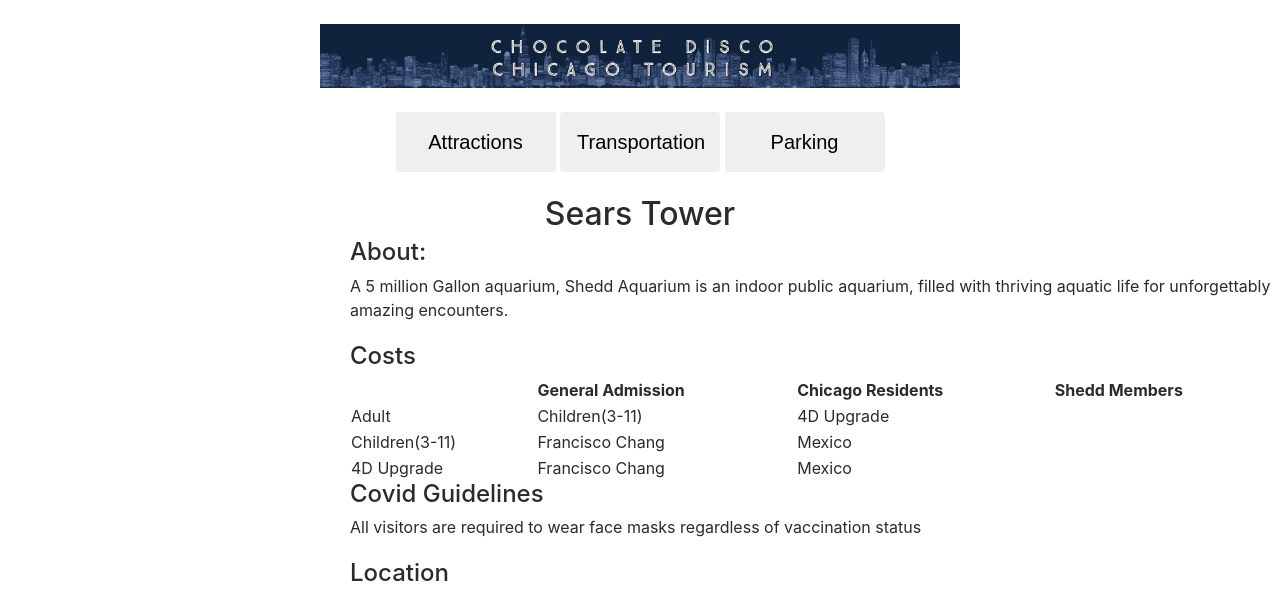
Repository: rkodit2/cs422project
Page: sheddAquarium.html
These files come from the project's save history. The page is drawn as it stood at one moment and after the next save; the edit follows.
The browser window is 1280 px wide. The pictures show the part of the page from y = 0 to 595 px (the page is 1095 px tall).
Pictures or frames that could not be fetched are drawn as grey boxes.

Above is the page before, as saved 2021-11-03 19:38:47.

### sheddAquarium.html
<!DOCTYPE html>
<html>
<head>
    <title>Chocolate Disco Chicago Tourism</title>
    <link rel="stylesheet" href=
    "https://maxcdn.bootstrapcdn.com/bootstrap/4.0.0-alpha.6/css/bootstrap.css">
    <link rel="stylesheet" href="homepage.css">
</head>
<body>
    <br>
    <div id="banner">
      <img src="pictures/banner3.jpg" alt="mainpage banner" class = "center" onclick="location.href='homepage.html';">
    </div>

    <br>
    <div class= "button-center">
        <button type ="button" id="Attractions" class="btn" onclick="location.href='attractions.html';" style="width: 160px; height: 60px; font-size: 20px;"> Attractions </button>
        <button type ="button" id="Transportation" class="btn" onclick="location.href='transportation.html';" style="width: 160px; height: 60px; font-size: 20px"> Transportation </button>
        <button type ="button" id="Parking" class="btn" onclick="location.href='parking.html';" style="width: 160px; height: 60px; font-size: 20px;"> Parking </button>
    </div>
    <br>
    <h2 style="text-align: center;"> Sears Tower </h2>
    <div style = "padding-left: 350px; padding-bottom: 50px;">
        <h4>About:</h4>
        <p style="padding-bottom: 5px;">A 5 million Gallon aquarium, Shedd Aquarium is an indoor public aquarium,
            filled with thriving aquatic life for unforgettably amazing encounters.</p>


        <h4>Costs</h4>

        <table style="width: 100%;">
            <tr>
              <th> </th>
              <th>General Admission</th>
              <th>Chicago Residents</th>
              <th>Shedd Members</th>
            </tr>
            <tr>
              <td>Adult</td>
              <td>Children(3-11) </td>
              <td>4D Upgrade</td>
            </tr>
            <tr>
              <td>Children(3-11)</td>
              <td>Francisco Chang</td>
              <td>Mexico</td>
            </tr>
            <tr>
                <td>4D Upgrade</td>
                <td>Francisco Chang</td>
                <td>Mexico</td>
              </tr>
          </table>



        <!--
        <p style="padding-bottom: 5px;"> Costs vary based residency: <br>
            Adult (Ages 12+): $39.95 or $19.95 <br>
            Youth (Ages 3-11): $29.95 or $14.95 <br>
            Members and Children under 3 are free!</p>
        -->
        <h4>Covid Guidelines</h4>
        <p style="padding-bottom: 5px;">All visitors are required to wear face masks regardless of vaccination status</p>


        <h4>Location</h4>
        <div class="gmap">
            <iframe src="https://www.google.com/maps/embed?pb=!1m18!1m12!1m3!1d30639.048300504415!2d-87.6554890462532!3d41.872478212615796!2m3!1f0!2f0!3f0!3m2!1i1024!2i768!4f13.1!3m3!1m2!1s0x880e2cbee269fbbb%3A0x10f6dce5eb88c7d!2sWillis%20Tower!5e0!3m2!1sen!2sus!4v1635904921765!5m2!1sen!2sus" width="600" height="450" style="border:0;" allowfullscreen="" loading="lazy"></iframe>
            <p style="padding-left: 20px; padding-top: 150px; font-size: 20px;">
               223 S Wacker Dr <br>
               Chicago, IL 60606
               <br>
               <br>
               <a href="https://www.willistower.com/" target="_blank">Sears Tower Main Website</a>
            </p>

        </div>
    </div>

</body>
</html>

### homepage.css
.button-center {
    text-align: center;
  }

.viewMore {
    display: flex;
    vertical-align: middle;
}
.center {
  display: block;
  margin-left: auto;
  margin-right: auto;
  width: 50%;
}
.gmap{
  display: flex;
  vertical-align: middle;
}

After the next save:
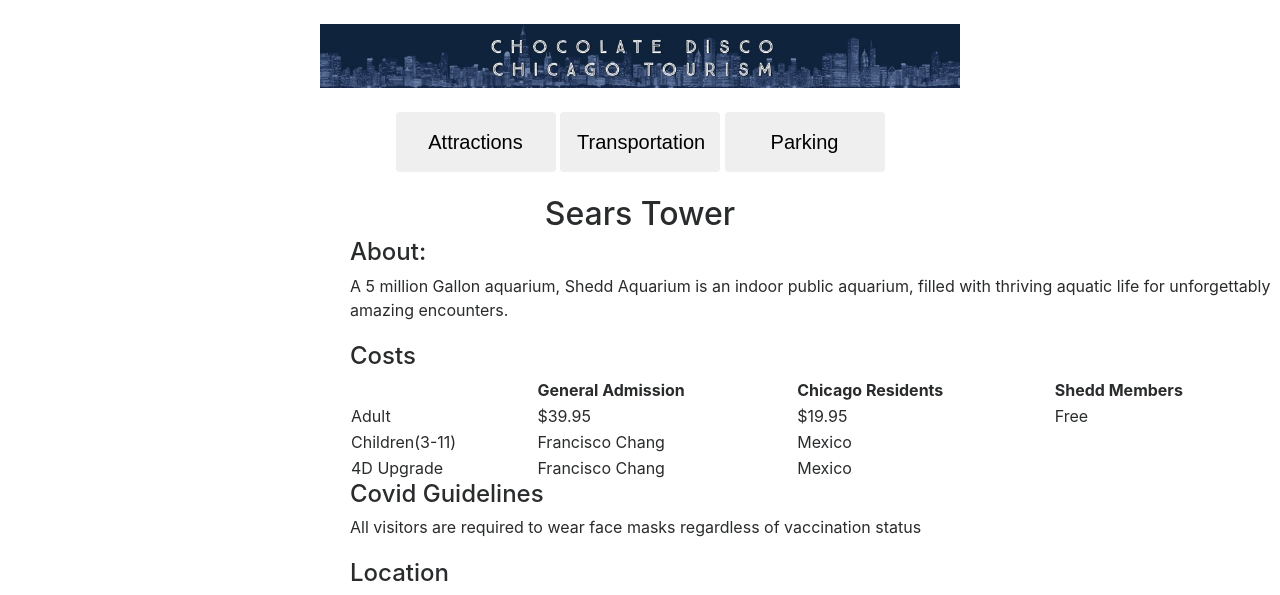
Saved 48 s later.
--- a/sheddAquarium.html
+++ b/sheddAquarium.html
@@ -37,8 +37,9 @@
             </tr>
             <tr>
               <td>Adult</td>
-              <td>Children(3-11) </td>
-              <td>4D Upgrade</td>
+              <td>$39.95 </td>
+              <td>$19.95</td>
+              <td>Free</td>
             </tr>
             <tr>
               <td>Children(3-11)</td>
